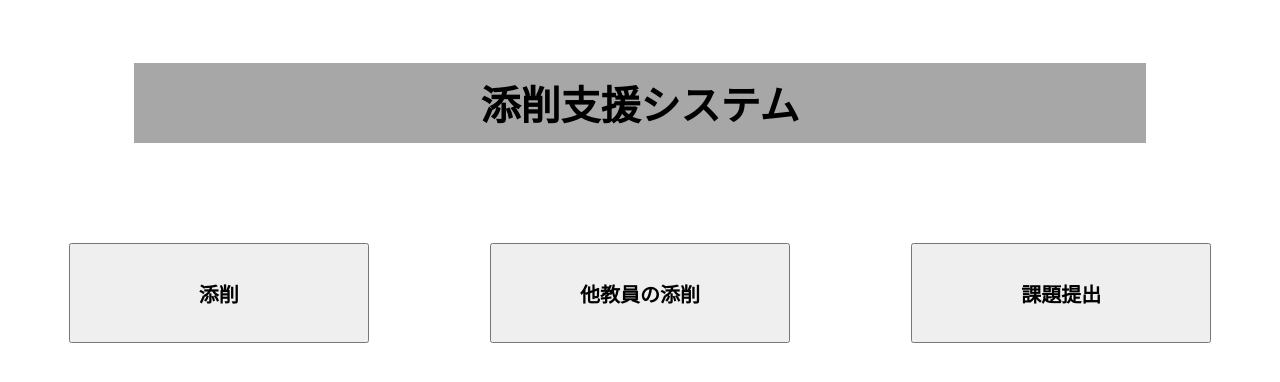
Repository: k-murakami18/canvas_v2
Page: Main.html
An editor plug-in stored every save of this project. The page is shown before and after the next save, followed by the edit.
The browser window is 1280 px wide. The pictures show the whole page.

Above is the page before, as saved 2021-01-04 20:07:42.

After the next save:
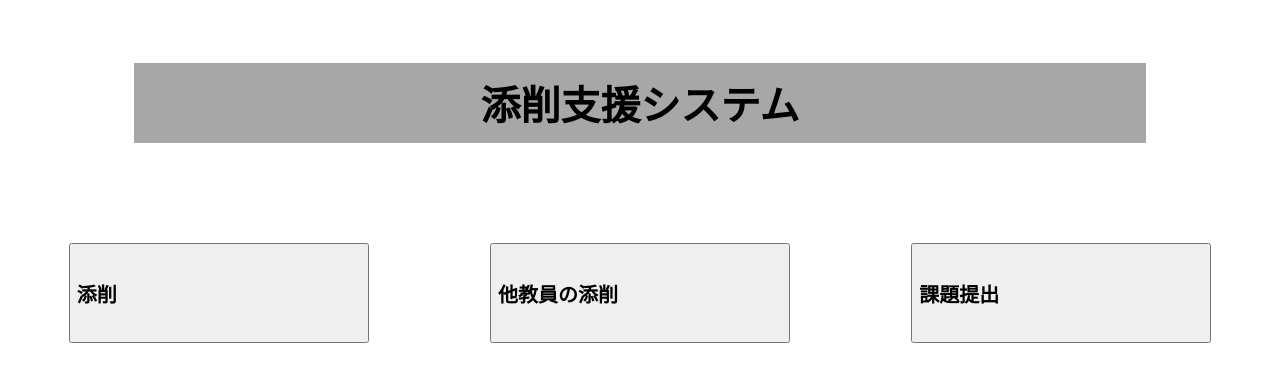
Saved 80 s later.
--- a/style.css
+++ b/style.css
@@ -139,7 +139,7 @@
   font-size: 20px;
   font-weight: bold;
   margin: auto;
-  text-justify:distribute-all-lines;
+  text-align: justify;
 }
 body .but_name{
   display: flex;

After the save that followed:
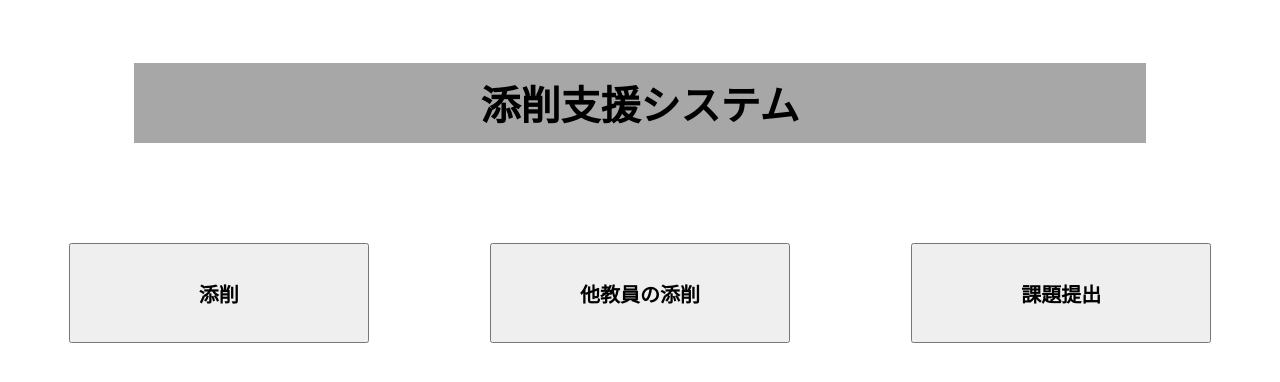
Saved 15 s later.
--- a/style.css
+++ b/style.css
@@ -139,7 +139,7 @@
   font-size: 20px;
   font-weight: bold;
   margin: auto;
-  text-align: justify;
+  text-align:center;
 }
 body .but_name{
   display: flex;
